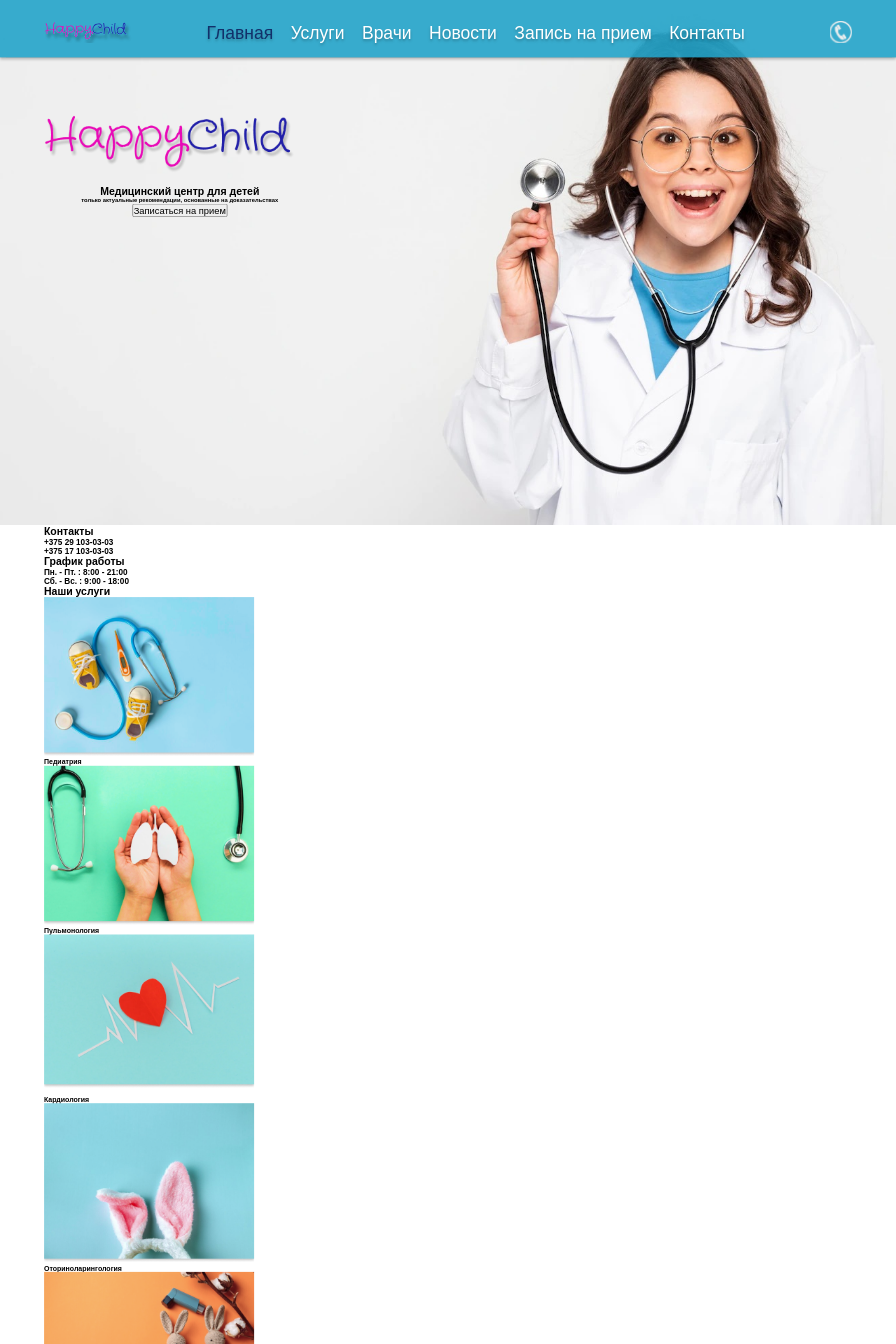
Repository: Normandy72/Landing-Page-Happy-Child
Page: index.html
These files come from the project's save history. The page is drawn as it stood at one moment and after a run of saves; the edit follows.
The browser window is 1280 px wide. The pictures show the part of the page from y = 0 to 1920 px (the page is 7728 px tall), at 70% of full size.
Some web fonts or font styles are not loaded; a fallback is used.

Above is the page before, as saved 2022-11-11 22:58:41.
Not found: styles/doctors_card.css
Not found: styles/news_card.css
Not found: styles/services_card.css

### index.html
<!DOCTYPE html>
<html lang="en">
<head>
    <meta charset="UTF-8">
    <meta http-equiv="X-UA-Compatible" content="IE=edge">
    <meta name="viewport" content="width=device-width, initial-scale=1.0">
    <link href="https://fonts.googleapis.com/css2?family=Neucha&display=swap" rel="stylesheet">
    <link rel="icon" href="resources/icon/stethoscope.ico" sizes="16x16">
    <link rel="icon" href="resources/icon/stethoscope.ico" sizes="32x32">
    <link rel="icon" href="resources/icon/stethoscope.ico" sizes="64x64">
    <link rel="stylesheet" href="styles/main.css">
    <title>Happy Child</title>
</head>

<body>
    <header>
        <div class="wrapper layout-3-columns">
            <a href="#">
                <div class="header__logo"></div>
            </a>
            <nav class="header__navigation">
                <a class = "navigation__link selected_link" href="#">Главная</a>
                <a class = "navigation__link" href="#">Услуги</a>
                <a class = "navigation__link" href="#">Врачи</a>
                <a class = "navigation__link" href="#">Новости</a>
                <a class = "navigation__link" href="#">Запись на прием</a>
                <a class = "navigation__link" href="#">Контакты</a>
            </nav>
            <a href="tel: +375291030303">
                <div class="header__phone"></div>
            </a>
        </div>
    </header>

    <main>
        <section class="section__main">
            <div class="wrapper">
                <div class="main__text">
                    <div class="main__logo"></div>
                    <h1>Медицинский центр для детей</h1>
                    <h5>только актуальные рекомендации, основанные на доказательствах</h5>
                    <button class="button button_accented">Записаться на прием</button>
                </div>
            </div>
        </section>

        <section class="section__information wrapper">
            <div class="information__block block__phone">
                <div class="block__icon"></div>
                <h2 class="heading_light">Контакты</h2>
                <h3>+375 29 103-03-03</h3>
                <h3>+375 17 103-03-03</h3>
            </div>
            <div class="information__block block__shedule">
                <div class="block__icon"></div>
                <h2 class="heading_light">График работы</h2>
                <h3>Пн. - Пт. :    8:00 - 21:00</h3>
                <h3>Сб. - Вс. :    9:00 - 18:00</h3>
            </div>
        </section>

        <section>
            <div class="section__lines">
                <div></div>
                <div></div>
                <div></div>
                <div></div>
            </div>
            <div class="wrapper section__services">
                <h2 class="heading_dark">Наши услуги</h2>
                <div class="services__card">
                    <img src="resources/img/services/pediatria.png" alt="pediatria">
                    <h4>Педиатрия</h4>
                </div>

                <div class="services__card">
                    <img src="resources/img/services/pulmo.png" alt="pulmo">
                    <h4>Пульмонология</h4>
                </div>

                <div class="services__card">
                    <img src="resources/img/services/cardio.png" alt="cardio">
                    <h4>Кардиология</h4>
                </div>

                <div class="services__card">
                    <img src="resources/img/services/lor.png" alt="lor">
                    <h4>Оториноларингология</h4>
                </div>

                <div class="services__card">
                    <img src="resources/img/services/allergo.png" alt="allergo">
                    <h4>Аллергология</h4>
                </div>

                <div class="services__card">
                    <img src="resources/img/services/surgery.png" alt="surgery">
                    <h4>Хирургия</h4>
                </div>

                <div class="services__card">
                    <img src="resources/img/services/neuro.png" alt="neuro">
                    <h4>Неврология</h4>
                </div>

                <div class="services__card">
                    <img src="resources/img/services/endocryn.png" alt="endocryn">
                    <h4>Эндокринология</h4>
                </div>

                <div class="services__card">
                    <img src="resources/img/services/ophtalm.png" alt="ophtalm">
                    <h4>Офтальмология</h4>
                </div>

                <div class="services__card">
                    <img src="resources/img/services/vaccination.png" alt="vaccination">
                    <h4>Вакцинация</h4>
                </div>

                <div class="services__card">
                    <img src="resources/img/services/usd.png" alt="usd">
                    <h4>УЗ-диагностика</h4>
                </div>

                <div class="services__card">
                    <img src="resources/img/services/stayhome.png" alt="stayhome">
                    <h4>Вызов врача на дом</h4>
                </div>
            </div>
        </section>

        <section class="section__addition">
            <div class="wrapper addition__info">
                <div class="addition__text">
                    <h2 class="heading_light">Записаться на прием онлайн</h2>
                    <h5>Записаться на приём можно в любое время суток и без выходных</h5>
                </div>
                <button class="button button_standart">Записаться онлайн</button>
            </div>
        </section>

        <section class="wrapper section__chief">
            <div class="chief__foto"></div>
            <div class="chief__text">
                <div class="text__lines">
                    <div class="lines__line"></div>
                    <p>“</p>
                    <div class="lines__line"></div>
                </div>
                <h5>Счастливый ребенок – это, прежде всего, ребенок здоровый, и только потом уже читающий
                и играющий на скрипке.</h5>
                <div class="text__lines">
                    <div class="lines__line"></div>
                    <p>”</p>
                    <div class="lines__line"></div>
                </div>
                <h5>Главный врач клиники</h5>
                <div class="chief__logo"></div>
                <h5>Самуилова Инна Абрамовна</h5>
            </div>
        </section>

        <section class="wrapper section__doctors">
            <h2 class="heading_dark">Познакомьтесь с нашими специалистами</h2>
            <p>Мы гордимся тем, что являемся медицинским центром, где Ваши дети на первом месте!
                В кратчайшие сроки мы предоставляем медицинскую помощь высочайшего качества и индивидуальное лечение ведущими специалистами страны. </p>
            <div class="doctors__arrays">
                <div></div>
                <div></div>
            </div>
            <div class="doctors__cards">
                <div class="doctors__card">
                    <img src="resources/img/doctors/ivanov1.png" alt="ivanov1">
                    <h5>Иванов Илья Денисович</h5>
                    <h6>Врач-оториноларинголог</h6>
                </div>

                <div class="doctors__card">
                    <img src="resources/img/doctors/stanina1.png" alt="stanina1">
                    <h5>Станина Александра Ивановна</h5>
                    <h6>Врач-офтальмолог</h6>
                </div>

                <div class="doctors__card">
                    <img src="resources/img/doctors/tkachenko1.png" alt="tkachenko1">
                    <h5>Ткаченко Антонина Львовна</h5>
                    <h6>Врач-невролог</h6>
                </div>

                <div class="doctors__card">
                    <img src="resources/img/doctors/savenko1.png" alt="savenko1">
                    <h5>Савенко Алина Викторовна</h5>
                    <h6>Врач-педиатр</h6>
                </div>

                <div class="doctors__card">
                    <img src="resources/img/doctors/krotov1.png" alt="krotov1">
                    <h5>Кротов Алексей Геннадьевич</h5>
                    <h6>Врач-хирург</h6>
                </div>

                <div class="doctors__card">
                    <img src="resources/img/doctors/karpovich1.png" alt="karpovich1">
                    <h5>Карпович Анна Игоревна</h5>
                    <h6>Врач-кардиолог</h6>
                </div>

                <div class="doctors__card">
                    <img src="resources/img/doctors/akulich1.png" alt="akulich1">
                    <h5>Акулич Олег Васильевич</h5>
                    <h6>Врач-эндокринолог</h6>
                </div>

                <div class="doctors__card">
                    <img src="resources/img/doctors/astapenko1.png" alt="astapenko1">
                    <h5>Астапенко Ирина Эдуардовна</h5>
                    <h6>Врач УЗ-диагностики</h6>
                </div>
            </div>
        </section>

        <section>
            <div class="section__lines">
                <div></div>
                <div></div>
                <div></div>
            </div>
            <div class="wrapper section__news">
                <h2 class="heading_dark">Новости</h2>
                <div class="news_card">
                    <img src="resources/img/news/news1.png" alt="news1">
                    <h4>25. 07. 2022   15 : 00</h4>
                    <h3>Всемирный день здоровья полости рта</h3>
                    <h5>Взрослея, организм ребенка испытывает множество изменений. В честь Всемирного дня здоровья полости рта наши стоматологи расскажут родителям и детям, как заботиться о зубах и деснах в разных возрастных периодах, какие средства использовать, чтобы смена молочных зубов прошла легко и безболезненно, и еще много-много полезного!</h5>
                    <a href="#">Подробнее...</a>
                </div>

                <div class="news_card">
                    <img src="resources/img/news/news2.png" alt="news1">
                    <h4>27. 07. 2022   13 : 30</h4>
                    <h3>Европейская неделя иммунизации</h3>
                    <h5>Знаете ли Вы, что иммунизация является единственным и надежным способом борьбы с эпидемиологическими заболеваниями, такими как корь, полиомиелит, эпидемический паротит и др.? В рамках Европейской недели иммунизации врач-педиатр Савенко Алина Викторовна познакомит Вас с текущим календарем профилактических прививок и ответит на все волнующие Вас вопросы! </h5>
                    <a href="#">Подробнее...</a>
                </div>

                <div class="news_card">
                    <img src="resources/img/news/news3.png" alt="news1">
                    <h4>28. 07. 2022    16 : 00</h4>
                    <h3>Международный день офтальмологии</h3>
                    <h5>Ухудшение зрения может лишить человека возможности заниматься любимым делом. Хорошо, что современная офтальмология обладает широкими возможностями для лечения многих заболеваний глаз.  Приходите к нам в Международный день офтальмологии и узнайте, что рекомендуют специалисты для профилактии заболеваний глаз.</h5>
                    <a href="#">Подробнее...</a>
                </div>
            </div>
        </section>

        <section class="section__addition">
            <div class="wrapper addition__info">
                <div class="addition__text">
                    <h2 class="heading_light">Подписаться на рассылку</h2>
                    <h5>Будьте в курсе новостей !</h5>
                </div>
                <form class="addition__form">
                    <input class = "addition__input" type="text" value="Email">
                    <button class="button button_standart">Подписаться</button>
                </form>
            </div>
        </section>

        <section class="wrapper section__callback">
            <div class="callback__form">
                <h2 class="heading_dark">Остались вопросы?</h2>
                <h5>Оставьте заявку, мы Вам перезвоним!</h5>
                <form action="">
                    <input class="callback__input" type="text" value="Ваше имя">
			        <input class="callback__input" type="tel" placeholder="Номер телефона" pattern="+375(29,17,33,44)[0-9]{3}-[0-9]{2}-[0-9]{2}" required>
			        <select class="callback__input" name="menu" size="1">
				        <option>Желаемая услуга</option>
				        <option value="ped">Педиатрия</option>
				        <option value="pulmo">Пульмонология</option>
				        <option value="cardio">Кардиология</option>
				        <option value="lor">Оториноларингология</option>
				        <option value="allergo">Аллергология</option>
				        <option value="surg">Хирургия</option>
				        <option value="neuro">Неврология</option>
				        <option value="endocryn">Эндокринология</option>
				        <option value="ophtalm">Офтальмология</option>
				        <option value="vaccin">Вакцинация</option>
				        <option value="usd">УЗ-диагностика</option>
				        <option value="stayhome">Вызов врача на дом</option>
			        </select>
			        <input class="callback__input" type="date" value="2022-01-01" min="2022-01-01" max="2022-12-31">
                    <label class="callback__checkbox">
                        <input type="checkbox">
                        Я даю согласие на хранение и обработку персональных данных
                    </label>
			        <button class="button button_standart">Оставить заявку</button>
                </form>
            </div>
            <div class="callback__photo"></div>
        </section>

        <section class="wrapper section__contacts">
            <h2 class="heading_dark">Ждем Вас в нашем центре !</h2>
            <div class="contacts__info">
                <h3>Контакты</h3>
                <h5>Мы находимся по адресу:</h5>
                <h4>г. Минск, ул. Матусевича, 70</h4>
                <h5>Связаться:</h5>
                <a href="tel: +375291030303">+375 29 103-03-03</a>
                <a href="tel: +375171030303">+375 17 103-03-03</a>
                <h5>Мы в соц. сетях:</h5>
                <div class="contacts__social">
                    <a href="#"></a>
                </div>
                <div class="contacts__social">
                    <a href="#"></a>
                </div>
                <div class="contacts__social">
                    <a href="#"></a>
                </div>
            </div>
            <div class="contacts__map">
                <iframe src="https://www.google.com/maps/embed?pb=!1m18!1m12!1m3!1d2349.7572817965843!2d27.4501670158107!3d53.91828888010291!2m3!1f0!2f0!3f0!3m2!1i1024!2i768!4f13.1!3m3!1m2!1s0x46dbc52f35b245d3%3A0x98f1d72de22c93c4!2z0YPQu9C40YbQsCDQnNCw0YLRg9GB0LXQstC40YfQsCA3MCwg0JzQuNC90YHQug!5e0!3m2!1sru!2sby!4v1659879735812!5m2!1sru!2sby" width="50%" height="562px" style="border:0;" allowfullscreen="" loading="lazy" referrerpolicy="no-referrer-when-downgrade"></iframe>
            </div>
        </section>
    </main>

    <footer>
        <div class="wrapper">
            <h5>ООО “HappyChild” © 2022</h5>
            <a href="#">Политика конфиденциальности</a>
        </div>
    </footer>
</body>
</html>

### styles/main.css
@import url(buttons.css);
@import url(common.css);
@import url(doctors_card.css);
@import url(footer.css);
@import url(form.css);
@import url(header.css);
@import url(headings.css);
@import url(layouts.css);
@import url(links.css);
@import url(news_card.css);
@import url(section_main.css);
@import url(services_card.css);
@import url(variables.css);

### styles/common.css
*{
    margin: 0;
    padding: 0;
    box-sizing: border-box;
}

html{
    scroll-behavior: smooth;
}

body{
    font-family: var(--main-font);
    font-size: 10px;
}

.wrapper{
    max-width: 1180px;
    min-width: 480px;
    padding: 0 1%;
    margin: auto;
}

### styles/header.css
header{
    width: 100%;
    background-color: var(--header-color);
    box-shadow: 0px 4px 4px rgba(0, 0, 0, 0.25);
    position: fixed;
    top: 0;
}

header .wrapper{
    padding-top: 30px;
    padding-bottom: 20px;
}

.header__logo{
    background-image: url(../resources/icon/HappyChild_small.svg);
    background-repeat: no-repeat;
    width: 136px;
    height: 31px;
}

.header__navigation{
    display: flex;
    align-items: center;
    justify-content: space-between;
}

.navigation__link{
    padding-right: 25px;
}

.header__phone{
    background-image: url(../resources/icon/phone.svg);
    background-repeat: no-repeat;
    width: 32px;
    height: 32px;
}

### styles/layouts.css
.layout-3-columns{
    display: flex;
    align-items: center;
    justify-content: space-between;
    flex-wrap: wrap;
    flex-basis: 33%;
}

### styles/links.css
a{
    text-decoration: none;
    color: var(--links-color);
    text-shadow: var(--links-shadow);
    font-size: var(--links-font-size);
}

a:hover{
    cursor: pointer;
    color: var(--links-hover-color);
    transition: var(--transition);
}

.selected_link{
    color: var(--selected-link-color);
}

### styles/section_main.css
.section__main{
    width: 100%;
    height: 750px;
    background-image: url(../resources/img/girl.jpg);
    background-size: cover;
    background-repeat: no-repeat;
}

.section__main .wrapper{
    display: flex;
}

.main__text{
    padding-top: 165px;
    display: flex;
    flex-direction: column;
    align-items: center;
    align-self: flex-start;
}

.main__logo{
    background-image: url(../resources/icon/HappyChild_big.png);
    background-repeat: no-repeat;
    width: 388px;
    height: 99px;
}

### styles/variables.css
:root{
    /* fonts */
    --main-font: 'Neucha', Arial, cursive;

    /* font sizes */
    --links-font-size: 25px;

    /* colors */
    --header-color: rgba(35, 164, 201, 0.9);
    --links-color:  #FFFFFF;
    --links-shadow: 0px 4px 4px rgba(0, 0, 0, 0.25);
    --links-hover-color: #12306A;
    --selected-link-color: #12306A;

    /* transition */
    --transition: all .3s ease-out;
}

Loaded but not shown: styles/buttons.css (no copy from this time; the picture is the same without it); styles/footer.css (no copy from this time; the picture is the same without it); styles/form.css (no copy from this time; the picture is the same without it); styles/headings.css (no copy from this time; the picture is the same without it)

After the next 2 saves:
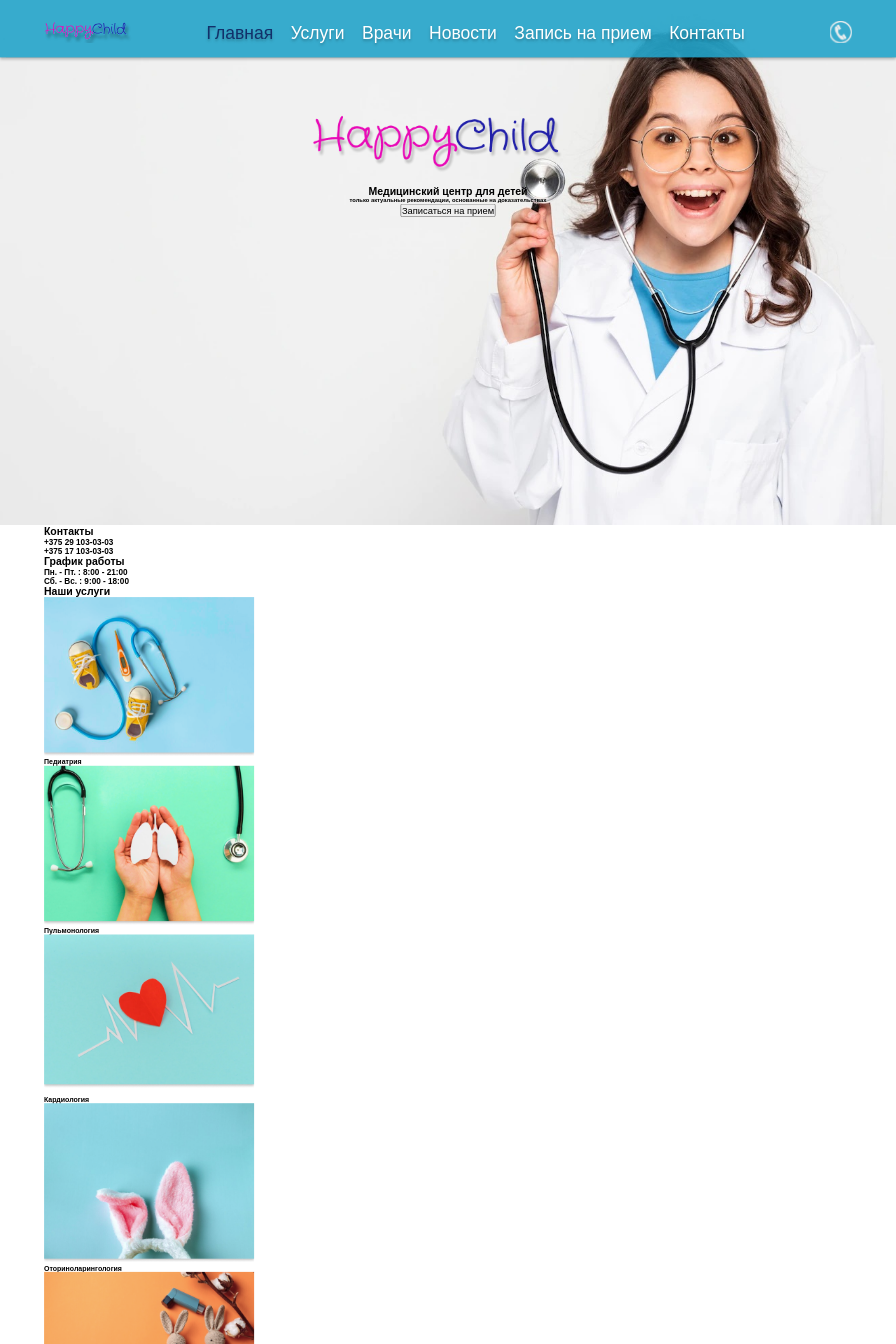
The 2 saves are shown as one change because they came seconds apart.
The last was saved 7 s later.
--- a/styles/section_main.css
+++ b/styles/section_main.css
@@ -4,10 +4,6 @@
     background-image: url(../resources/img/girl.jpg);
     background-size: cover;
     background-repeat: no-repeat;
-}
-
-.section__main .wrapper{
-    display: flex;
 }
 
 .main__text{
